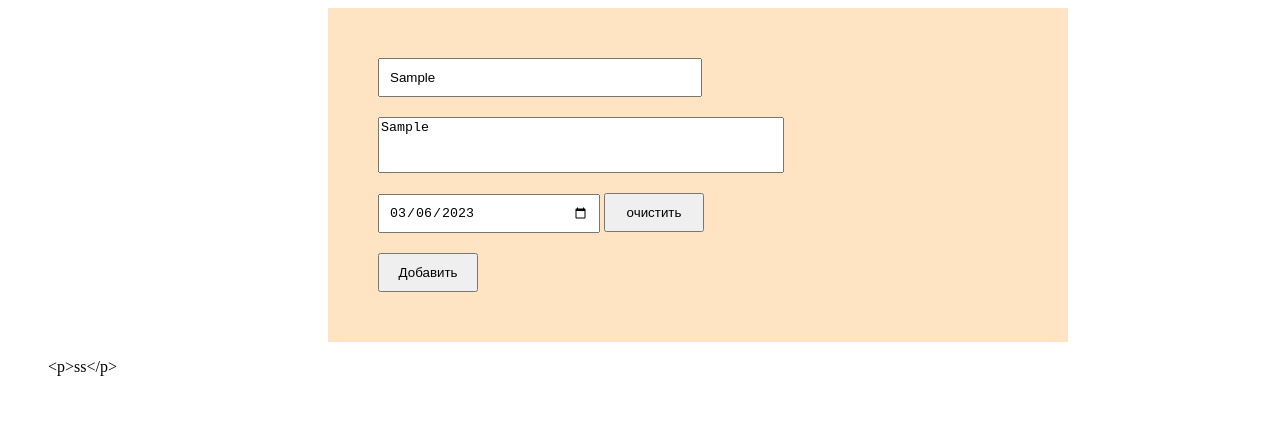
Repository: Grid-Master/commentList
Page: index.html
These files come from the project's save history. The page is drawn as it stood at one moment and after the next save; the edit follows.
The browser window is 1280 px wide. The pictures show the whole page.
Empty fields were first filled with sample values (such as "Sample", 5 or name@example.com).
After loading, the first visible `form` was submitted once.

Above is the page before, as saved 2023-03-07 10:54:15.

### index.html
<!DOCTYPE html>
<html lang="en">
  <head>
    <meta charset="UTF-8" />
    <meta http-equiv="X-UA-Compatible" content="IE=edge" />
    <meta name="viewport" content="width=device-width, initial-scale=1.0" />
    <title>Comments</title>
    <style>
      form {
        width: 50vw;
        margin-left: 25vw;
        background-color: bisque;
        display: flex;
        flex-direction: column;
        padding: 50px;
      }

      input[type='text'] {
        width: 300px;
        padding: 10px;
        margin-bottom: 20px;
      }
      textarea {
        width: 400px;
        height: 50px;
        resize: none;
        margin-bottom: 20px;
      }

      input[type='date'] {
        width: 200px;
        padding: 9px;
        margin-bottom: 20px;
      }

      button {
        width: 100px;
        padding: 10px;
      }
    </style>
  </head>
  <body>
    <form onsubmit="addComment(); return false">
      <input id="name" type="text" placeholder="Введите имя" required />
      <textarea id="comment" placeholder="Ваш комментарий..." required></textarea>
      <div>
        <input type="date" id="date" />
        <button type="button" onclick="clearDate()">очистить</button>
      </div>
      <button type="submit">Добавить</button>
    </form>
    <ul id="commentList"></ul>
    <script src="./script.js"></script>
  </body>
</html>

### script.js
document.getElementById('date').valueAsDate = new Date();

function clearDate() {
  document.getElementById('date').valueAsDate = null;
}

let commentsData = [];

function addComment() {
  let name = document.getElementById('name').value;
  let comment = document.getElementById('comment').value;
  let date = document.getElementById('date').valueAsDate;
  let list = document.getElementById('commentList');

  let nameEl = document.createElement('h3');
  let commentEl = document.createElement('p');

  nameEl.innerHTML = name;
  //   commentEl.innerText(comment);

  list.append('<p>ss</p>');
  //   list.append(listElem);

  //   commentsData.push({
  //     name,
  //     comment,
  //     date,
  //   });
  //  console.log(commentsData);
}

After the next save:
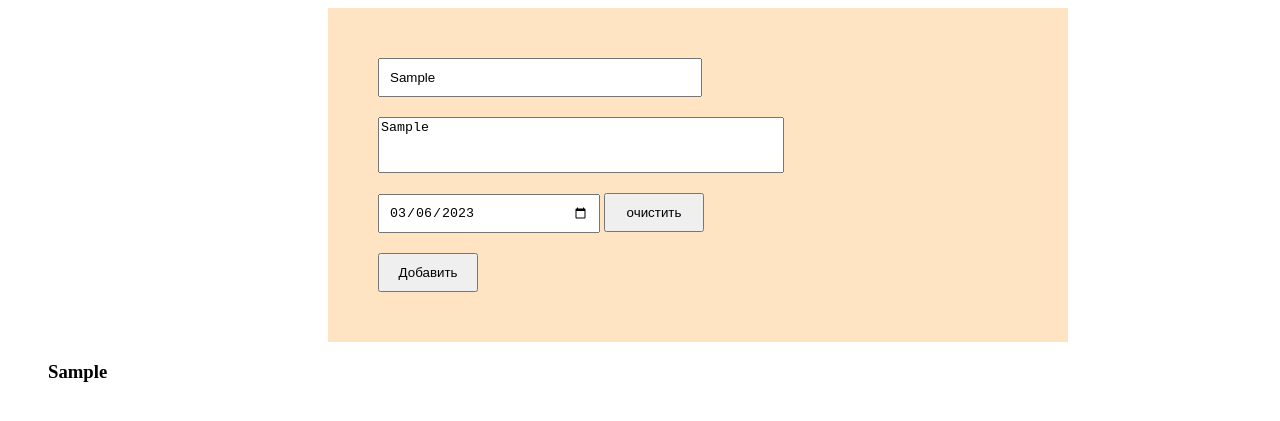
Saved 6 s later.
--- a/script.js
+++ b/script.js
@@ -18,7 +18,7 @@ function addComment() {
   nameEl.innerHTML = name;
   //   commentEl.innerText(comment);
 
-  list.append('<p>ss</p>');
+  list.append(nameEl);
   //   list.append(listElem);
 
   //   commentsData.push({
